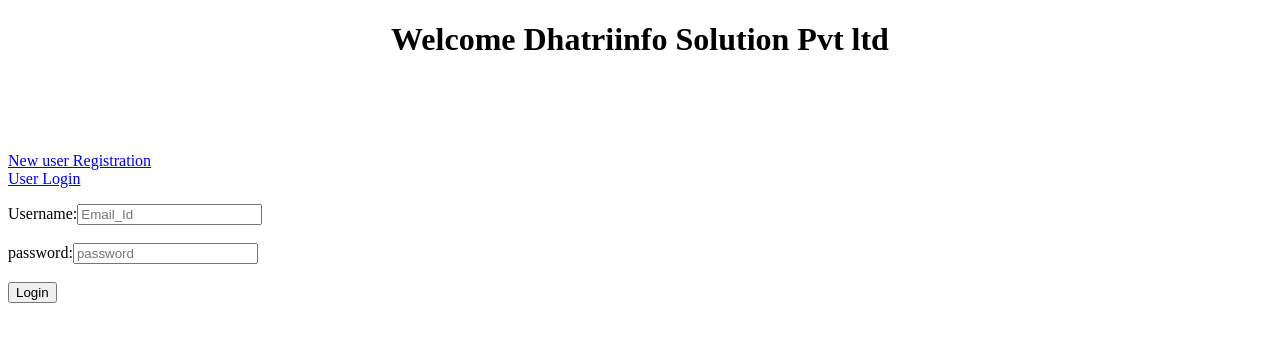
Repository: AbubakarShaik/Java_J2EE_Project
Page: com.testprojectServlet/WebContent/index.html
The author's editor kept a copy of each file at every save. The page is drawn from the files as they stood at one save, then again after the next save.
The browser window is 1280 px wide. The pictures show the whole page.

Above is the page before, as saved 2016-12-22 07:36:54.

After the next save:
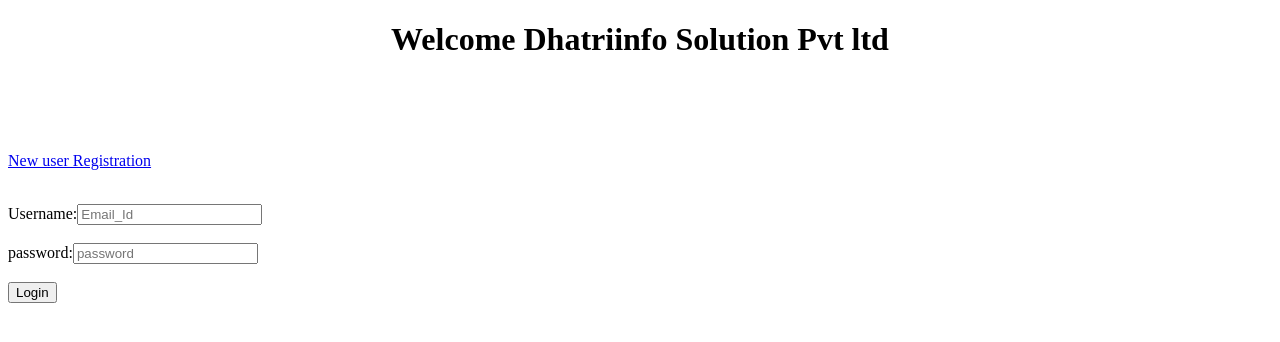
Saved 5 min 35 s later.
--- a/com.testprojectServlet/WebContent/index.html
+++ b/com.testprojectServlet/WebContent/index.html
@@ -17,7 +17,7 @@
 
 
 <a href="Registration.jsp"> New user Registration</a><br>
-<a href="login.jsp"> <right>User Login</right></a>
+
 <br>
 
 
